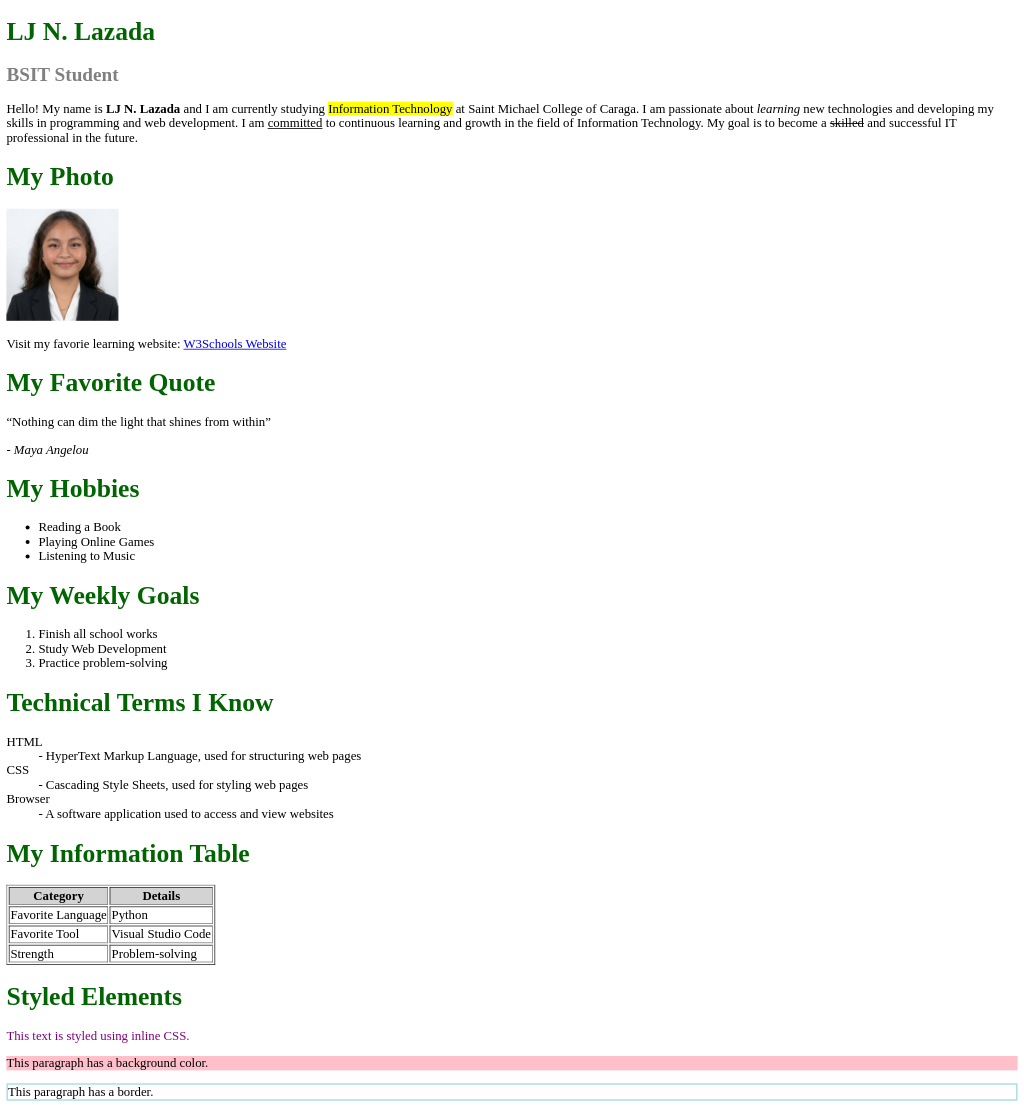
Repository: ljlazada11/myfirsthtml
Page: index.html
These files come from the project's save history. The page is drawn as it stood at one moment and after the next save; the edit follows.
The browser window is 1280 px wide. The pictures show the whole page, at 80% of full size.

Above is the page before, as saved 2026-06-24 21:08:14.

After the next save:
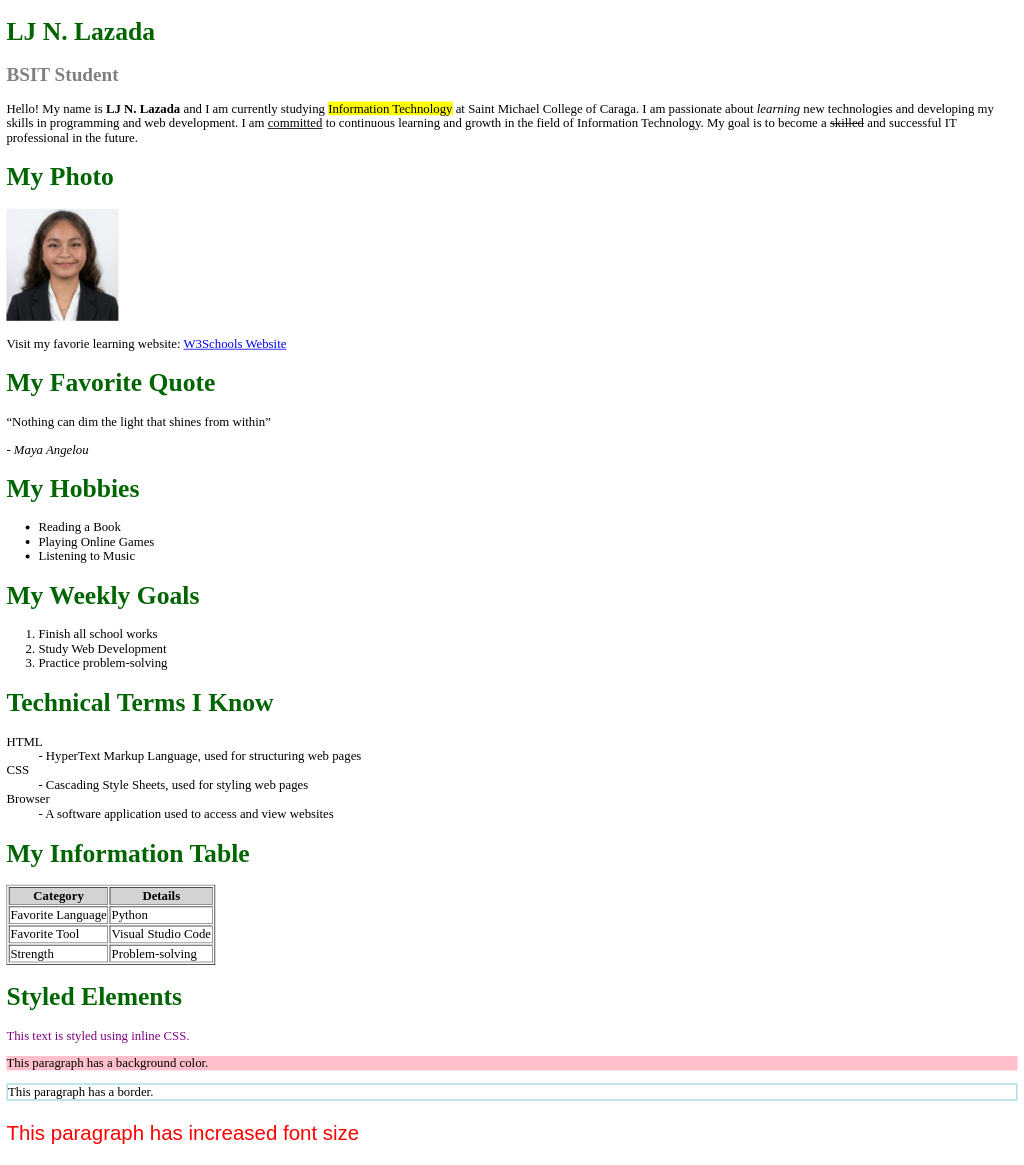
Saved 2 min 50 s later.
--- a/index.html
+++ b/index.html
@@ -69,6 +69,7 @@
     <p style="color:purple;">This text is styled using inline CSS.</p>
     <p style="background-color:pink;">This paragraph has a background color.</p>
     <p style="border: 2px solid powderblue;">This paragraph has a border.</p>
+    <p style="color: red; font-family: Arial, sans-serif; font-size: 160%;">This paragraph has increased font size</p>
 </body>
 
 
